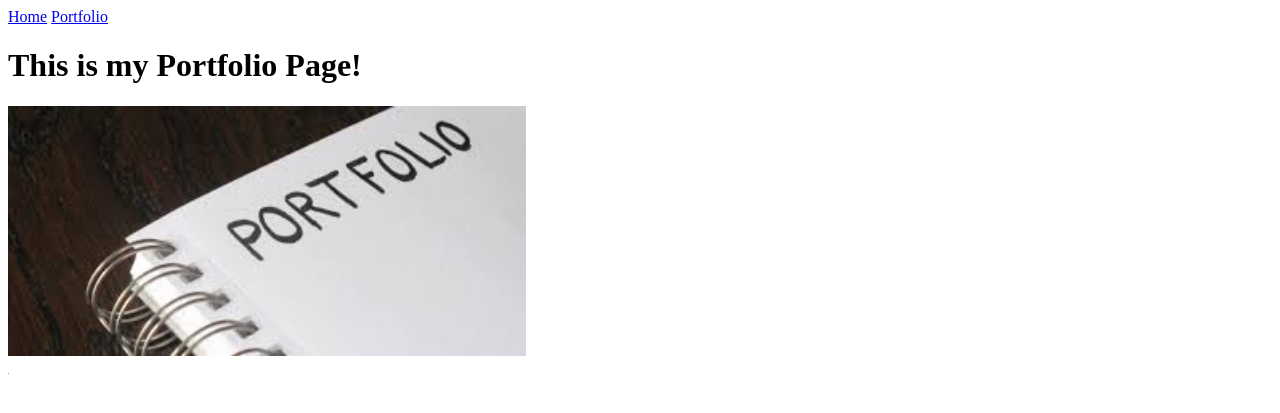
Repository: CoreyEsqueda/CoreyEsqueda.github.io
Page: my_website/aboutme.html
The author's editor kept a record of every edit. The page is drawn from the files as they stood at one moment, then again after the next edit.
The browser window is 1280 px wide. The pictures show the whole page.

Above is the page before.

After the next edit:
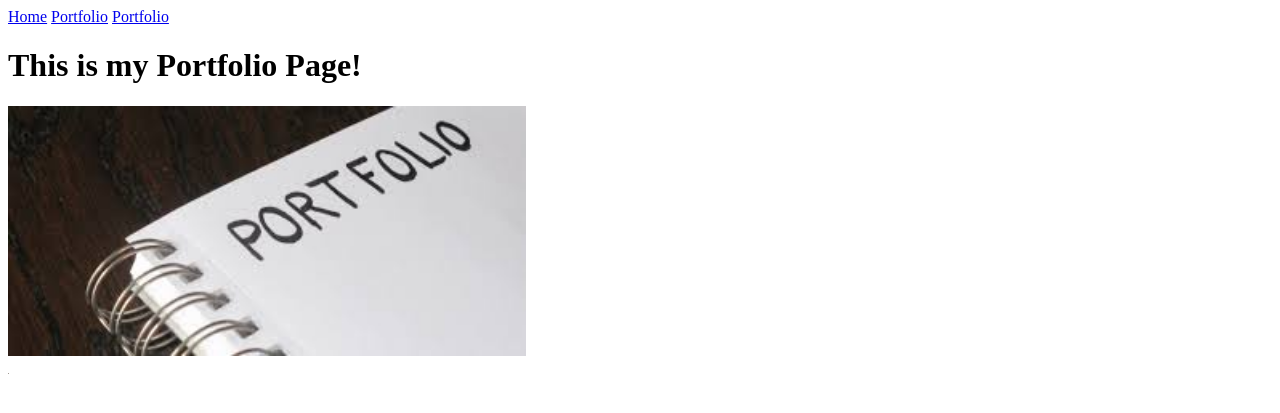
The edit:
--- a/my_website/aboutme.html
+++ b/my_website/aboutme.html
@@ -7,6 +7,7 @@
 	  <body>
     <a href="index.html">Home</a>
     <a href="portfolio.html">Portfolio</a>
+    <a href="aboutme.html">Portfolio</a>
     <h1>This is my Portfolio Page!</h1>
     <img src="images/portfolio.jpg" height="250">
     <br>
